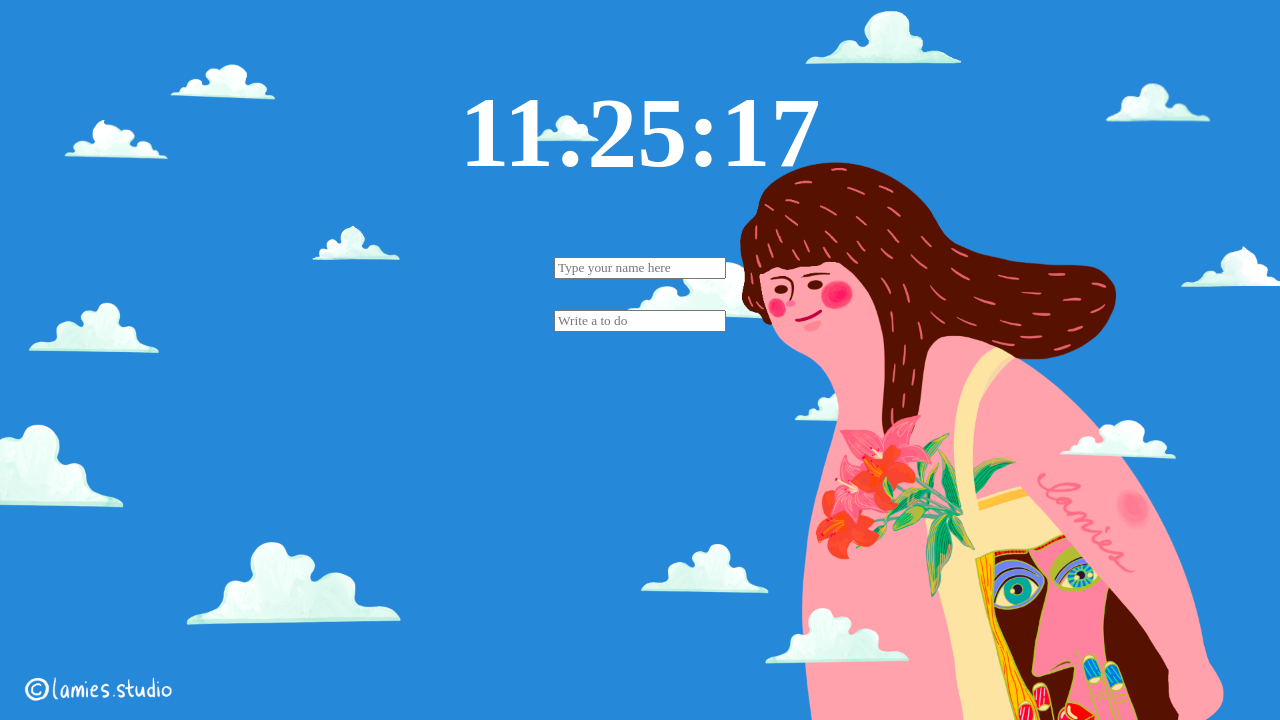
Repository: haleyjung/chrome_app
Page: index.html
An editor plug-in stored every save of this project. The page is shown before and after the next save, followed by the edit.
The browser window is 1280 px wide. The pictures show the whole page.
Some web fonts or font styles are not loaded; a fallback is used.

Above is the page before, as saved 2020-11-23 15:23:46.

### index.html
<!DOCTYPE html>
<html lang="en">
<head>
    <meta charset="UTF-8" />
    <meta name="viewport" content="width=device-width, initial-scale=1.0">
    <title>Chrome App</title>
    <link rel="stylesheet" href="index.css">
</head>
<body>

    <div class="js-clock">
        <h1>00:00</h1>
    </div>

    <div class="js-name name"></div>

    <div>
        <form class="js-form form">
            <input type="text" placeholder="What is your name?" />
        </form>
    </div>

    <h4 class="js-greetings greetings"></h4>

    <form class="js-toDoForm">
        <input type="text" placeholder="Write a to do" />
    </form>
    <ul class="js-toDoList">
    </ul>
    <span class="js-weather"></span>

    <script src="js/clock.js"></script>
    <script src="js/greeting.js"></script>
    <script src="js/todo.js"></script>
    <script src="js/bg.js"></script>
    <script src="js/weather.js"></script>
</body>

### index.css
@import url("https://fonts.googleapis.com/css2?family=Nerko+One&display=swap");

* {
  font-family: "Nerko One", cursive;
}

body {
  background-color: palevioletred;
  color: white;
  display: flex;
  flex-direction: column;
  justify-content: center;
  align-items: center;
}

.js-clock {
  display: flex;
  justify-content: center;
  align-items: center;
  font-size: 50px;
}

.js-form,
.js-toDoForm {
  background-color: none;
}

.btn {
  cursor: pointer;
}

.js-toDoForm {
  font-size: 50px;
}

.form,
.greetings {
  display: none;
}

.showing {
  display: block;
}

@keyframes fadeIn {
  from {
    opacity: 0;
  }
  to {
    opacity: 1;
  }
}

.bgImage {
  position: absolute;
  top: 0;
  left: 0;
  width: 100%;
  height: 100%;
  z-index: -1;
  animation: fadeIn 0.5s linear;
}

### js/clock.js
const clockContainer = document.querySelector(".js-clock"),
    clockTitle = clockContainer.querySelector("h1");

function getTime() {
    const date = new Date();
    const minutes = date.getMinutes();
    const hours = date.getHours();
    const seconds = date.getSeconds();
    clockTitle.innerText = `${hours < 10 ? `0${hours}` : hours}:${
        minutes < 10 ? `0${minutes}` : minutes
    }:${seconds < 10 ? `0${seconds}` : seconds}`;
}

function init() {
    getTime();
    setInterval(getTime, 1000);
}

init();

### js/greeting.js
const nameContainer = document.querySelector(".js-name");

function paintName(name) {
    nameContainer.innerHTML = "";
    const title = document.createElement("span");
    title.className = "name__text";
    title.innerHTML = `Hello ${name}`;
    nameContainer.appendChild(title);
}

function handleSubmit(event) {
    event.preventDefault();
    const form = event.target;
    const input = form.querySelector("input");
    const value = input.value;
    localStorage.setItem("username", value);
    paintName(value);
}

function paintInput() {
    const input = document.createElement("input");
  input.placeholder = "Type your name here";
  input.type = "text";
  input.className = "name__input";
  const form = document.createElement("form");
  form.addEventListener("submit", handleSubmit);
  form.appendChild(input);
  nameContainer.appendChild(form);
}

function loadName(){
    const name = localStorage.getItem("username");
  if (name === null) {
    paintInput();
  } else {
    paintName(name);
  }
}

function init() {
    loadName();
}

init();

### js/todo.js
const toDoForm = document.querySelector(".js-toDoForm"),
    toDoInput = toDoForm.querySelector("input"),
    toDoList = document.querySelector(".js-toDoList");

const TODOS_LS = 'toDos';

let toDos = [];

function deleteToDo(event){
    const btn = event.target;
    const li = btn.parentNode;
    toDoList.removeChild(li);
    const cleanToDos = toDos.filter(function(toDo){
        return toDo.id !== parseInt(li.id);
    });
    toDos = cleanToDos
    saveToDos();
}

function saveToDos(){
    localStorage.setItem(TODOS_LS, JSON.stringify(toDos));
}

function paintToDo(text){
    const li = document.createElement("li");
    const delBtn = document.createElement("button");
    const span = document.createElement("span");
    const newId = toDos.length + 1;
    delBtn.innerText = "❌";
    delBtn.addEventListener("click", deleteToDo);
    span.innerText = text;
    li.appendChild(delBtn);
    li.appendChild(span);
    li.id = newId;
    toDoList.appendChild(li);
    const toDoObj = {
        text: text,
        id: newId
    };
    toDos.push(toDoObj);
    saveToDos();
}

function handleSubmit(event){
    event.preventDefault();
    const currentValue = toDoInput.value;
    paintToDo(currentValue);
    toDoInput.value = "";
}

function loadToDos() {
    const loadedToDos = localStorage.getItem(TODOS_LS);
    if(loadedToDos !== null){
        const parsedToDos = JSON.parse(loadedToDos);
        parsedToDos.forEach(function(toDo){
            paintToDo(toDo.text);
        });
    }
}

function init() {
    loadToDos();
    toDoForm.addEventListener("submit", handleSubmit)
}

init();

### js/bg.js
const body = document.querySelector("body");

const IMG_NUMBER = 4;

// If loading images from API, include the functions in these comments:
// function handleImgLoad(){
//     console.log('finished loading');
// }

function paintImage(imgNumber){
    const image = new Image();
    image.src = `/img/lamiesstudio-${imgNumber + 1}.png`;
    image.classList.add('bgImage');
    body.prepend(image);
    // image.addEventListener("loadend", handleImgLoad);
}

function genRandom(){
    const number = Math.floor(Math.random() * IMG_NUMBER);
    return number;
}

function init(){
    const randomNumber = genRandom();
    paintImage(randomNumber)
}

init();

### js/weather.js
const weather = document.querySelector(".js-weather");

const API_KEY = "1706261ffc689a5d0ffe73f0d2f8a925";
const COORDS = "coords";

function getWeather(lat, lng){
    fetch(`https://api.openweathermap.org/data/2.5/weather?lat=${lat}&lon=${lng}&appid=${API_KEY}&units=metric`
    ).then(function(response){
        return response.json();
    })
        .then(function(json){
        const temperature = json.main.temp;
        const place = json.name;
        weather.innerText = `${temperature} @ ${place}`;
    });
}

function saveCoords(coordsObj){
    localStorage.setItem(COORDS, JSON.stringify(coordsObj));
}

function handleGeoSuccess(position){
    const latitude = position.coords.latitude;
    const longitude = position.coords.longitude;
    const coordsObj = {
        latitude,
        longitude
    };
    saveCoords(coordsObj);
    getWeather(latitude, longitude);
}

function handleGeoError(){
    console.log('Cant access geo location');
}

function askForCoords(){
    navigator.geolocation.getCurrentPosition(handleGeoSuccess, handleGeoError);
}

function loadCoords(){
    const loadedCoords = localStorage.getItem(COORDS);
    if(loadedCoords === null){
        askForCoords();
    } else {
        const parsedCoords = JSON.parse(loadedCoords);
        getWeather(parsedCoords.latitude, parsedCoords.longitude);
    }
}

function init(){
    loadCoords();
}

init();

After the next save:
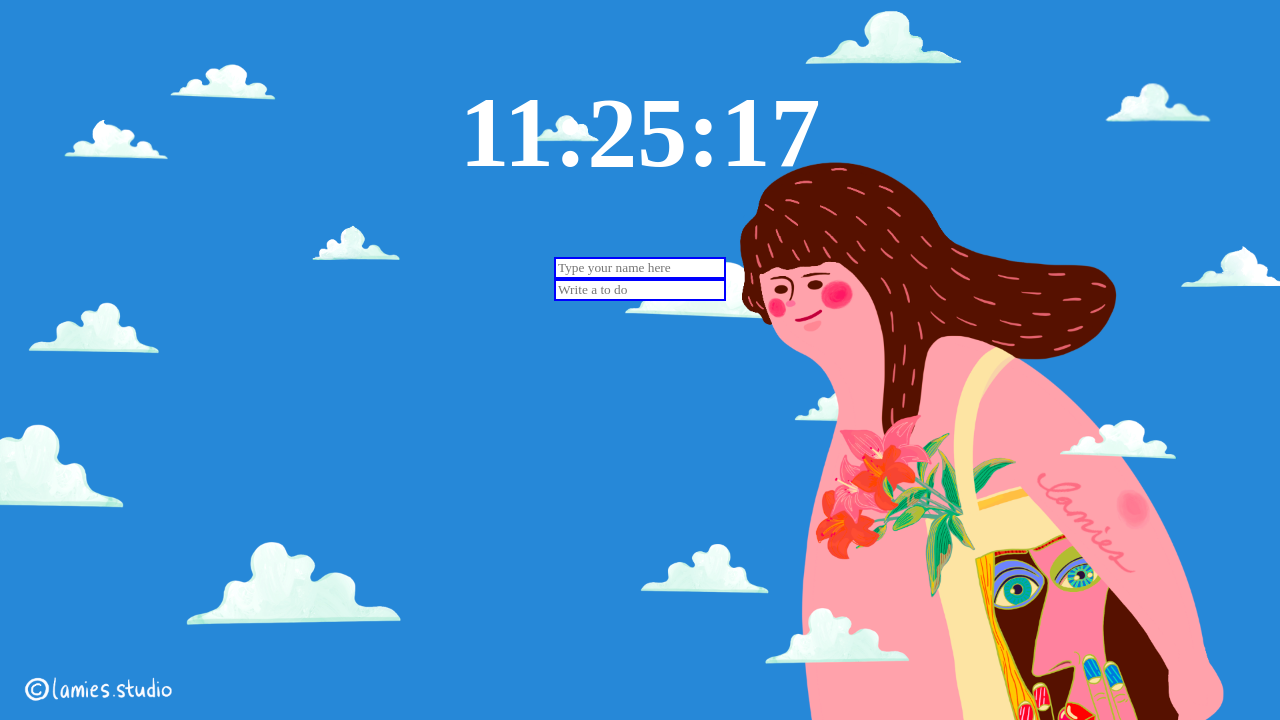
Saved 45 s later.
--- a/index.css
+++ b/index.css
@@ -29,8 +29,8 @@ body {
   cursor: pointer;
 }
 
-.js-toDoForm {
-  font-size: 50px;
+input {
+  border: 2px solid blue;
 }
 
 .form,
